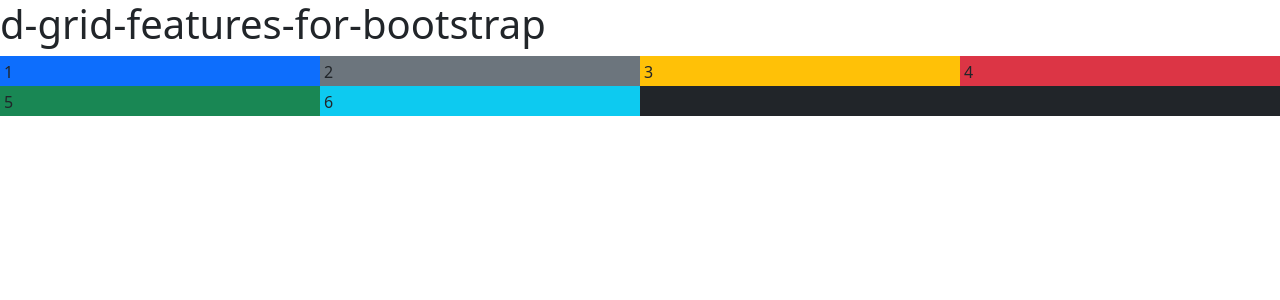
Repository: LynxPardelle/d-grid-features-for-bootstrap
Page: index.html
An editor plug-in stored every save of this project. The page is shown before and after the next save, followed by the edit.
The browser window is 1280 px wide. The pictures show the whole page.

Above is the page before, as saved 2021-10-20 04:26:50.

After the next save:
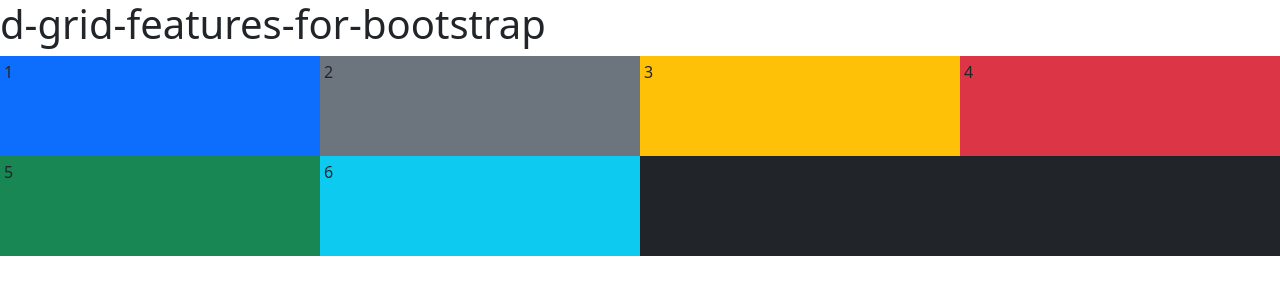
Saved 4 s later.
--- a/index.html
+++ b/index.html
@@ -10,7 +10,7 @@
 <body>
   <h1>d-grid-features-for-bootstrap</h1>
 
-  <section class="d-grid bg-dark" data-gfbs data-gfbs-gtc="repeat(4, 1fr)" data-gfbs-gtr="repeat(2, 30px)" >
+  <section class="d-grid bg-dark" data-gfbs data-gfbs-gtc="repeat(4, 1fr)" data-gfbs-gtr="repeat(2, 100px)" >
     <div class="grid-element bg-primary p-1">
       1
     </div>
